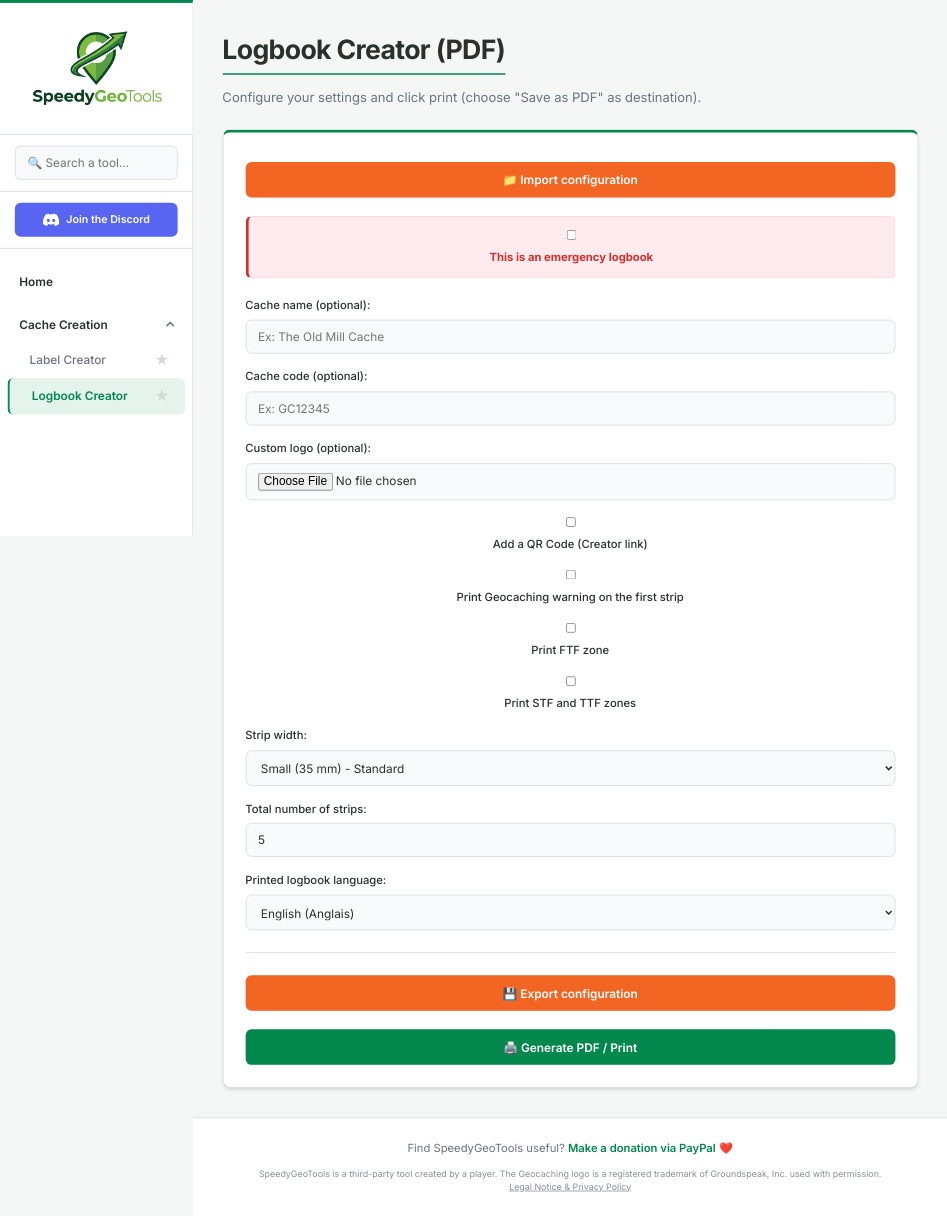
Repository: rodafux/SpeedyGeoTools
Page: logbook.html
An editor plug-in stored every save of this project. The page is shown before and after the next save, followed by the edit.
The browser window is 1280 px wide. The pictures show the whole page, at 74% of full size.

Above is the page before, as saved 2026-04-12 04:36:12.

### logbook.html
<!DOCTYPE html>
<html lang="en">
<head>
    <meta charset="UTF-8">
    <meta name="viewport" content="width=device-width, initial-scale=1.0">
    <meta property="og:title" content="SpeedyGeoTools - Logbook Creator">
    <meta property="og:description" content="Instantly generate and print log sheets adapted to the size of your geocaches (Micro, Small, Regular).">
    <meta property="og:image" content="https://speedygeotools.com/logo.png">
    <meta property="og:url" content="https://speedygeotools.com/logbook.html">
    <meta property="og:type" content="website">
    <title>SpeedyGeoTools - Logbook Creator</title>
    <meta name="description" content="Instantly generate and print log sheets adapted to the size of your geocaches (Micro, Small, Regular).">
    <link rel="icon" type="image/png" href="favicon.png">
    <link rel="alternate" hreflang="en" href="https://speedygeotools.com/logbook.html" />
    <link rel="alternate" hreflang="fr" href="https://speedygeotools.com/fr/logbook.html" />
    <link rel="alternate" hreflang="x-default" href="https://speedygeotools.com/logbook.html" />
    <link rel="preconnect" href="https://fonts.googleapis.com">
    <link rel="preconnect" href="https://fonts.gstatic.com" crossorigin>
    <link href="https://fonts.googleapis.com/css2?family=Inter:wght@400;500;600;700&display=swap" rel="stylesheet">
    <link rel="stylesheet" href="css/style.css">
    <link rel="stylesheet" href="css/print.css">
    <link rel="canonical" href="https://speedygeotools.com/logbook.html" />
    <script src="https://cdnjs.cloudflare.com/ajax/libs/qrious/4.0.2/qrious.min.js"></script>
    <script>
        (function() {
            var supportedLangs = ['fr'];
            var userLang = (navigator.language || navigator.userLanguage).substring(0, 2).toLowerCase();
            if (!sessionStorage.getItem('lang_redirect') && supportedLangs.indexOf(userLang) !== -1) {
                sessionStorage.setItem('lang_redirect', 'true');
                window.location.replace(userLang + '/logbook.html' + window.location.search);
            }
        })();
    </script>
</head>
<body>
    <div class="app-sidebar no-print">
        <div class="sidebar-header">
            <a href="index.html" class="sidebar-brand">
                <img src="logo.png" alt="SpeedyGeoTools" class="brand-logo">
            </a>
            <button class="mobile-menu-toggle" onclick="toggleMobileMenu()">☰</button>
        </div>
        <div class="sidebar-content" id="sidebarContent">
            <div class="search-container">
                <input type="text" id="toolSearch" placeholder="🔍 Search a tool..." onkeyup="filterTools()">
            </div>
            <div class="sidebar-discord">
                <a href="https://discord.gg/7D9yHJCKaA" target="_blank">
                    <svg viewBox="0 0 127.14 96.36" width="22" height="22" fill="currentColor"><path d="M107.7,8.07A105.15,105.15,0,0,0,81.47,0a72.06,72.06,0,0,0-3.36,6.83A97.68,97.68,0,0,0,49,6.83,72.37,72.37,0,0,0,45.64,0,105.89,105.89,0,0,0,19.39,8.09C2.79,32.65-1.71,56.6.54,80.21h0A105.73,105.73,0,0,0,32.71,96.36,77.7,77.7,0,0,0,39.6,85.25a68.42,68.42,0,0,1-10.85-5.18c.91-.66,1.8-1.34,2.66-2a75.57,75.57,0,0,0,64.32,0c.87.71,1.76,1.39,2.66,2a68.68,68.68,0,0,1-10.87,5.19,77,77,0,0,0,6.89,11.1A105.25,105.25,0,0,0,126.6,80.22h0C129.24,52.84,122.09,29.11,107.7,8.07ZM42.45,65.69C36.18,65.69,31,60,31,53s5-12.74,11.43-12.74S54,46,53.89,53,48.84,65.69,42.45,65.69Zm42.24,0C78.41,65.69,73.31,60,73.31,53s5-12.74,11.43-12.74S96.33,46,96.22,53,91.08,65.69,84.69,65.69Z"/></svg>
                    <span>Join the Discord</span>
                </a>
            </div>
            <div class="sidebar-nav">
                <a href="index.html">Home</a>
                <details open>
                    <summary>Cache Creation</summary>
                    <a href="labels.html">Label Creator</a>
                    <a href="logbook.html" class="active">Logbook Creator</a>
                </details>
            </div>
        </div>
    </div>
    <main class="app-content">
        <div class="container no-print">
            <h1>Logbook Creator (PDF)</h1>
            <p class="subtitle">Configure your settings and click print (choose "Save as PDF" as destination).</p>
            <div class="main-layout" style="display:block;">
                <div class="controls-panel">
                    <div style="margin-bottom: 25px;">
                        <input type="file" id="importLogbook" accept=".json" onchange="importLogbookConfig(event)" style="display: none;">
                        <button onclick="document.getElementById('importLogbook').click()" class="btn-secondary">📁 Import configuration</button>
                    </div>
                    <div class="form-group checkbox-group emergency-toggle">
                        <input type="checkbox" id="isEmergency">
                        <label for="isEmergency" style="color: #d32f2f; font-weight: bold;">This is an emergency logbook</label>
                    </div>
                    <div class="form-group" id="emergencyPseudoGroup" style="display: none;">
                        <label for="emergencyPseudo">Your nickname (Placed by):</label>
                        <input type="text" id="emergencyPseudo" placeholder="Ex: GeoFinder">
                    </div>
                    <div id="standardOptions">
                        <div class="form-group">
                            <label for="cacheName">Cache name (optional):</label>
                            <input type="text" id="cacheName" placeholder="Ex: The Old Mill Cache">
                        </div>
                        <div class="form-group">
                            <label for="cacheCode">Cache code (optional):</label>
                            <input type="text" id="cacheCode" placeholder="Ex: GC12345">
                        </div>
                        <div class="form-group">
                            <label for="logoInput">Custom logo (optional):</label>
                            <input type="file" id="logoInput" accept="image/png, image/jpeg">
                        </div>
                        <div class="form-group checkbox-group">
                            <input type="checkbox" id="hasQrCode">
                            <label for="hasQrCode">Add a QR Code (Creator link)</label>
                        </div>
                        <div class="form-group" id="qrUrlGroup" style="display: none;">
                            <label for="qrUrl">QR Code Link:</label>
                            <input type="text" id="qrUrl" placeholder="https://...">
                        </div>
                    </div>
                    <div class="form-group checkbox-group">
                        <input type="checkbox" id="hasWarning">
                        <label for="hasWarning">Print Geocaching warning on the first strip</label>
                    </div>
                    <div id="podiumOptions">
                        <div class="form-group checkbox-group">
                            <input type="checkbox" id="hasFtf">
                            <label for="hasFtf">Print FTF zone</label>
                        </div>
                        <div class="form-group checkbox-group sub-checkbox" id="ftfTamponGroup" style="display: none;">
                            <input type="checkbox" id="hasFtfTampon" checked>
                            <label for="hasFtfTampon">Enlarge FTF zone (Stamp Space)</label>
                        </div>
                        <div class="form-group checkbox-group">
                            <input type="checkbox" id="hasStfTtf">
                            <label for="hasStfTtf">Print STF and TTF zones</label>
                        </div>
                        <div class="form-group checkbox-group sub-checkbox" id="stfTtfTamponGroup" style="display: none;">
                            <input type="checkbox" id="hasStfTtfTampon" checked>
                            <label for="hasStfTtfTampon">Enlarge STF/TTF zones (Stamp Space)</label>
                        </div>
                    </div>
                    <div class="form-group">
                        <label for="stripWidth">Strip width:</label>
                        <select id="stripWidth">
                            <option value="25">Micro (25 mm) - No stamps or text</option>
                            <option value="35" selected>Small (35 mm) - Standard</option>
                            <option value="45">Regular (45 mm) - Large</option>
                        </select>
                    </div>
                    <div class="form-group">
                        <label for="stripCount">Total number of strips:</label>
                        <input type="number" id="stripCount" value="5" min="1" max="100">
                    </div>
                    <div class="form-group">
                        <label for="pdfLanguage">Printed logbook language:</label>
                        <select id="pdfLanguage">
                            <option value="fr">Français</option>
                            <option value="en" selected>English (Anglais)</option>
                            <option value="de">Deutsch (Allemand)</option>
                            <option value="es">Español (Espagnol)</option>
                            <option value="it">Italiano (Italien)</option>
                            <option value="pt">Português (Portugais)</option>
                            <option value="nl">Nederlands (Néerlandais)</option>
                            <option value="cs">Čeština (Tchèque)</option>
                        </select>
                    </div>
                    <div style="margin-top: 30px; border-top: 1px solid var(--border-color); padding-top: 20px;">
                        <button onclick="exportLogbookConfig()" class="btn-secondary" style="margin-bottom: 15px;">💾 Export configuration</button>
                        <button onclick="generateAndPrint()">🖨️ Generate PDF / Print</button>
                    </div>
                </div>
            </div>
        </div>
        <footer class="site-footer no-print">
            <p>Find SpeedyGeoTools useful? <a href="https://paypal.me/JulienPorcher" target="_blank" rel="noopener noreferrer">Make a donation via PayPal</a> ❤️</p>
            <p class="disclaimer">
                SpeedyGeoTools is a third-party tool created by a player. The Geocaching logo is a registered trademark of Groundspeak, Inc. used with permission.<br>
                <a href="legal.html">Legal Notice & Privacy Policy</a>
            </p>
        </footer>
    </main>
    <div id="render-area"></div>
    <script src="js/i18n.js"></script>
    <script src="js/logbook.js"></script>
    <script src="js/main.js"></script>
</body>
</html>

### css/print.css
@media print {
    @page { size: A4 portrait; margin: 0; }
    body { background: white; padding: 0; margin: 0; color: black; font-family: sans-serif; display: block; }
    body > * { display: none !important; }
    body > #render-area { display: block !important; width: 100%; }
    .a4-page { width: 210mm; height: 297mm; padding: 10mm 15mm; box-sizing: border-box; display: flex; justify-content: center; break-after: page; }
    .a4-page:last-child { page-break-after: auto; break-after: auto; }
    .log-strip { height: 100%; border: 1px solid #000; border-left: none; box-sizing: border-box; display: flex; flex-direction: column; overflow: hidden; }
    .log-strip:first-child { border-left: 1px solid #000; }
    .staple-area { min-height: 10mm; border-bottom: 1px dashed #999; }
    .official-logo-box { text-align: center; padding: 5mm 0; border-bottom: 1px solid #000; }
    .official-logo-box img { width: 20mm; height: auto; }
    .official-logo-box div { font-size: 7px; font-weight: bold; margin-top: 2px; }
    .strip-logo { width: 100%; max-height: 25mm; object-fit: contain; margin: 4mm 0; padding: 0 2mm; box-sizing: border-box; display: block; }
    .logo-container { border-bottom: 1px solid #000; }
    .created-on { text-align: center; font-size: 9px; font-weight: bold; background-color: #000 !important; color: #FFF !important; padding: 4px 1mm; border-bottom: 1px solid #000; text-transform: uppercase; letter-spacing: 0.3px; -webkit-print-color-adjust: exact; print-color-adjust: exact; }
    .cache-info { text-align: center; padding: 4px 3mm 4px 5mm; border-bottom: 1px solid #000; font-size: 10px; }
    .cache-info strong { font-size: 11px; display: block; }
    .emergency-box { padding: 6px 3mm 6px 5mm; border-bottom: 1px solid #000; font-size: 8px; line-height: 1.6; }
    .emergency-box strong { display: block; text-align: center; font-size: 10px; margin-bottom: 4px; }
    .warning-text { font-size: 6.5px; padding: 4px 3mm 4px 5mm; text-align: justify; line-height: 1.2; border-bottom: 1px solid #000; }
    .warning-text strong { display: block; text-align: center; margin-bottom: 3px; font-size: 7.5px; }
    .warning-text ul { padding-left: 8px; margin: 3px 0; }
    .qr-box { padding: 4px 3mm 4px 5mm; text-align: center; border-bottom: 1px solid #000; }
    .qr-title { font-size: 7px; font-weight: bold; margin-bottom: 2px; }
    .qr-warn { font-size: 6px; margin-top: 2px; color: #333; }
    .podium-box { display: flex; flex-direction: column; border-bottom: 1px solid #000; }
    .podium-stamp { border-bottom: 1px dotted #888; display: flex; flex-direction: column; padding: 2px 2px 2px 5mm; box-sizing: border-box; }
    .podium-stamp.with-tampon { min-height: 35mm; }
    .podium-stamp:last-child { border-bottom: none; }
    .podium-header { display: flex; flex-wrap: wrap; align-items: center; gap: 3px; font-size: 7px; color: #333; margin-bottom: 2mm; }
    .podium-title { font-weight: bold; font-size: 10px; color: #000; margin-right: 2px; }
    .podium-input-date { font-style: italic; }
    .podium-input-pseudo { font-style: italic; flex-grow: 1; }
    .podium-tampon { flex-grow: 1; display: flex; align-items: center; justify-content: center; font-size: 10px; color: #aaa; text-transform: uppercase; letter-spacing: 1px; border: 1px dotted #ccc; }
    .logs-container { flex-grow: 1; display: flex; flex-direction: column; }
    .log-row { flex: 1; border-bottom: 1px solid #ccc; box-sizing: border-box; display: flex; }
    .log-row:last-child { border-bottom: none; }
    .staple-spacer { border-bottom: 1px solid #ccc; }
    .log-date { width: 10mm; border-right: 1px dotted #ccc; font-size: 7px; padding: 2px 2px 2px 3mm; color: #666; box-sizing: border-box; }
    .log-name { flex-grow: 1; font-size: 7px; padding: 2px 2px 2px 2mm; color: #666; box-sizing: border-box; }
}

Loaded but not shown: js/logbook.js (399 lines, source omitted); js/i18n.js (218 lines, source omitted); js/main.js (199 lines, source omitted); js/sidebar.js (51 lines, source omitted); css/style.css (209 lines, source omitted)

After the next save:
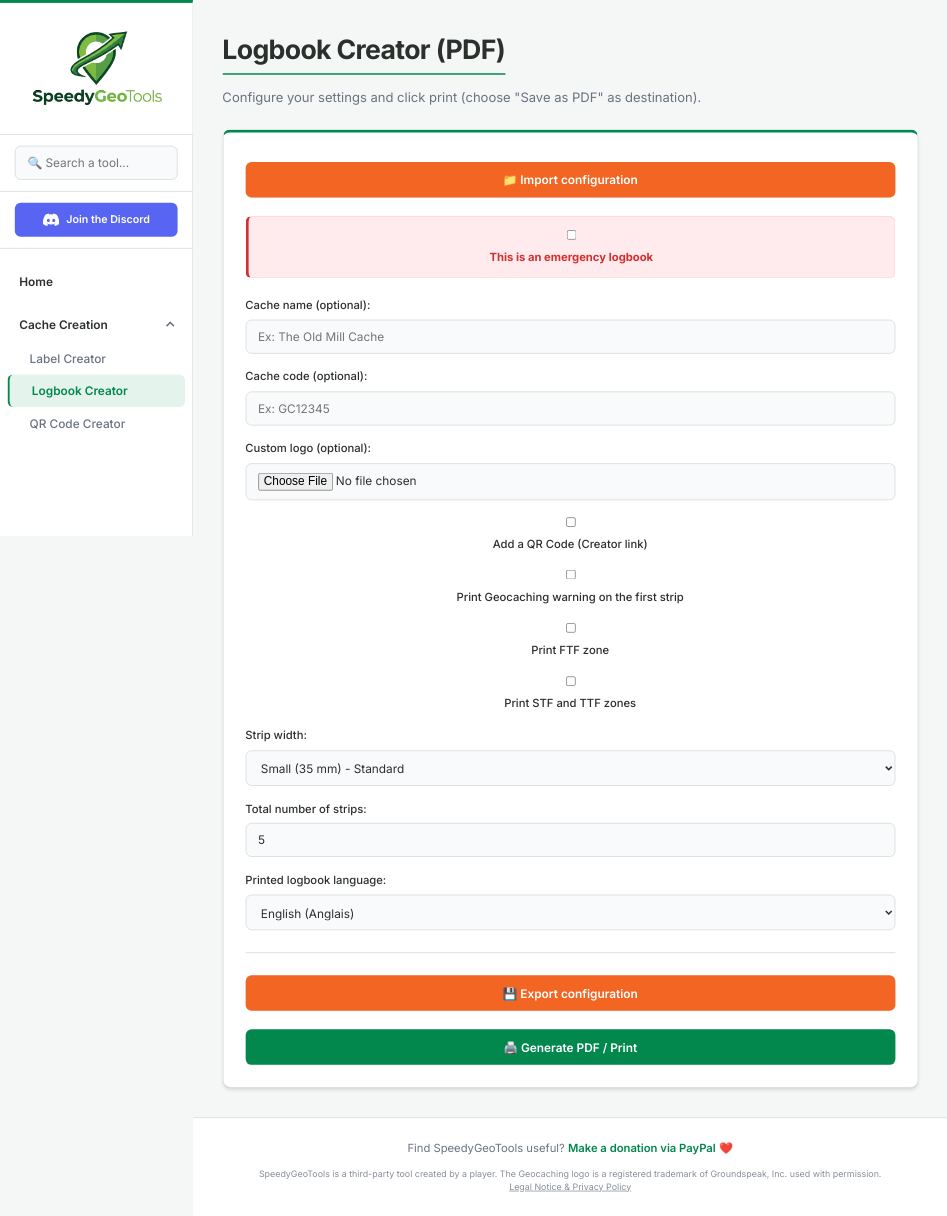
Saved 10 s later.
--- a/logbook.html
+++ b/logbook.html
@@ -33,33 +33,7 @@
     </script>
 </head>
 <body>
-    <div class="app-sidebar no-print">
-        <div class="sidebar-header">
-            <a href="index.html" class="sidebar-brand">
-                <img src="logo.png" alt="SpeedyGeoTools" class="brand-logo">
-            </a>
-            <button class="mobile-menu-toggle" onclick="toggleMobileMenu()">☰</button>
-        </div>
-        <div class="sidebar-content" id="sidebarContent">
-            <div class="search-container">
-                <input type="text" id="toolSearch" placeholder="🔍 Search a tool..." onkeyup="filterTools()">
-            </div>
-            <div class="sidebar-discord">
-                <a href="https://discord.gg/7D9yHJCKaA" target="_blank">
-                    <svg viewBox="0 0 127.14 96.36" width="22" height="22" fill="currentColor"><path d="M107.7,8.07A105.15,105.15,0,0,0,81.47,0a72.06,72.06,0,0,0-3.36,6.83A97.68,97.68,0,0,0,49,6.83,72.37,72.37,0,0,0,45.64,0,105.89,105.89,0,0,0,19.39,8.09C2.79,32.65-1.71,56.6.54,80.21h0A105.73,105.73,0,0,0,32.71,96.36,77.7,77.7,0,0,0,39.6,85.25a68.42,68.42,0,0,1-10.85-5.18c.91-.66,1.8-1.34,2.66-2a75.57,75.57,0,0,0,64.32,0c.87.71,1.76,1.39,2.66,2a68.68,68.68,0,0,1-10.87,5.19,77,77,0,0,0,6.89,11.1A105.25,105.25,0,0,0,126.6,80.22h0C129.24,52.84,122.09,29.11,107.7,8.07ZM42.45,65.69C36.18,65.69,31,60,31,53s5-12.74,11.43-12.74S54,46,53.89,53,48.84,65.69,42.45,65.69Zm42.24,0C78.41,65.69,73.31,60,73.31,53s5-12.74,11.43-12.74S96.33,46,96.22,53,91.08,65.69,84.69,65.69Z"/></svg>
-                    <span>Join the Discord</span>
-                </a>
-            </div>
-            <div class="sidebar-nav">
-                <a href="index.html">Home</a>
-                <details open>
-                    <summary>Cache Creation</summary>
-                    <a href="labels.html">Label Creator</a>
-                    <a href="logbook.html" class="active">Logbook Creator</a>
-                </details>
-            </div>
-        </div>
-    </div>
+    <div id="sidebar-placeholder"></div>
     <main class="app-content">
         <div class="container no-print">
             <h1>Logbook Creator (PDF)</h1>
@@ -166,5 +140,6 @@
     <script src="js/i18n.js"></script>
     <script src="js/logbook.js"></script>
     <script src="js/main.js"></script>
+    <script src="js/sidebar.js"></script>
 </body>
 </html>
